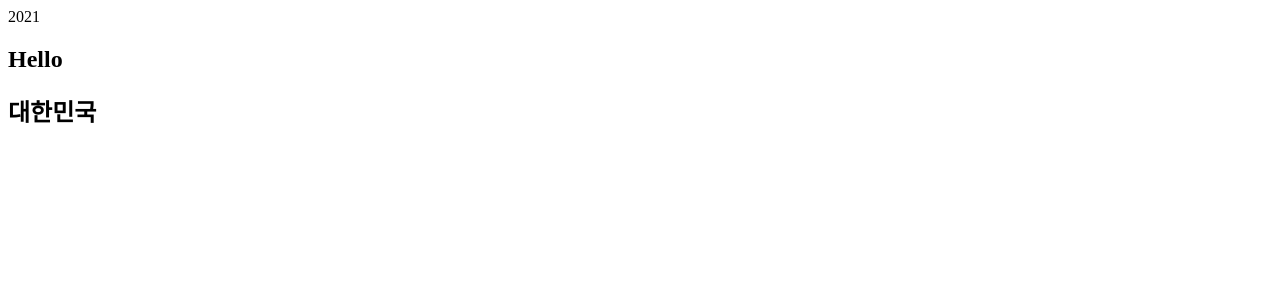
Repository: MegiLove/jspStudy
Page: http://localhost/day1210/commentTest.jsp
The author's editor kept a copy of each file at every save. The page is drawn from the files as they stood at one save, then again after the next save.
The browser window is 1280 px wide. The pictures show the whole page.
The page is served by Tomcat 9. Other server files are loaded and not shown.

Above is the page before, as saved 2021-12-10 07:21:50.

### day1210/src/main/webapp/commentTest.jsp
<%@ page language="java" contentType="text/html; charset=EUC-KR"
    pageEncoding="EUC-KR"%>
<!DOCTYPE html>
<html>
<head>
<meta charset="EUC-KR">
<title>Insert title here</title>
</head>
<body>
<%
	String name= "홍길동";
	int year=2021;
	out.println(year+"<br>");
	//out.println(name);
%>
	<h2>Hello</h2>
	<h2>대한민국</h2>
</body>
</html>

After the next save:
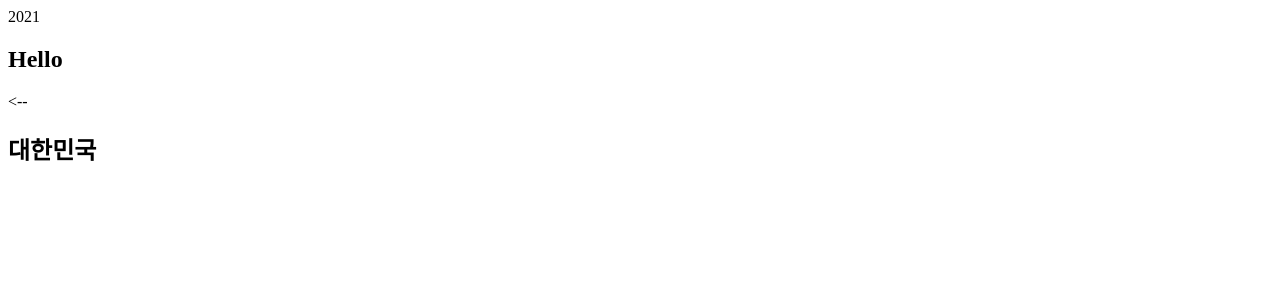
Saved 4 min 0 s later.
--- a/day1210/src/main/webapp/commentTest.jsp
+++ b/day1210/src/main/webapp/commentTest.jsp
@@ -14,6 +14,6 @@
 	//out.println(name);
 %>
 	<h2>Hello</h2>
-	<h2>대한민국</h2>
+	<--<h2>대한민국</h2>
 </body>
 </html>
